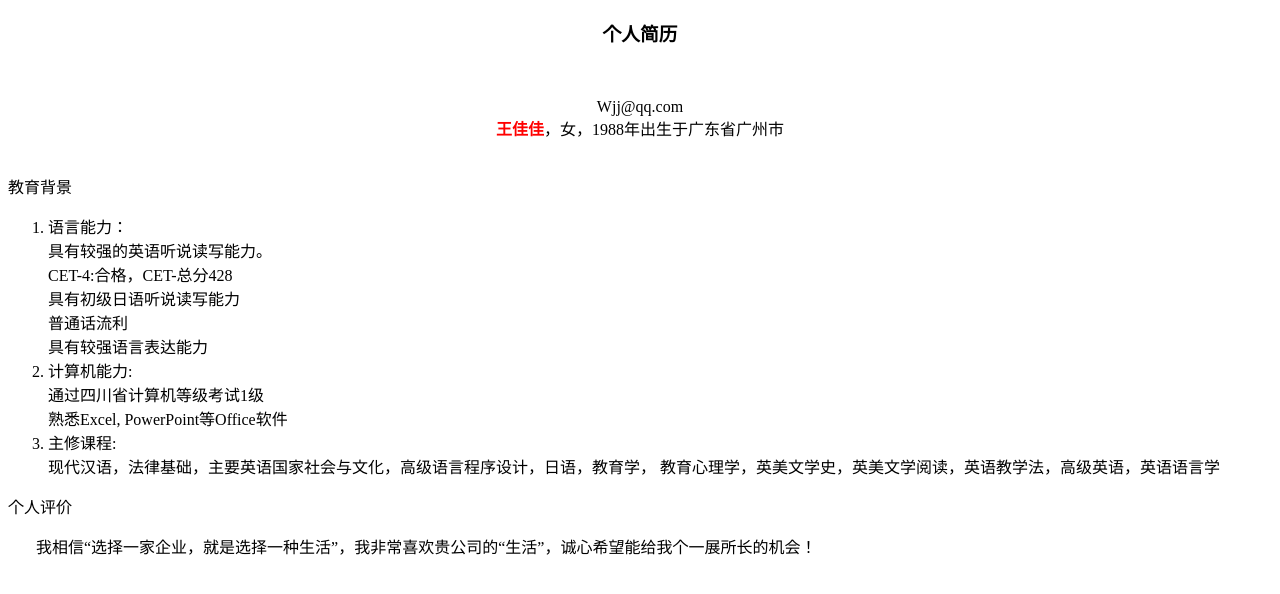
Repository: sheep9590/Test
Page: http://localhost/Prj03/
These files come from the project's save history. The page is drawn as it stood at one moment and after the next save; the edit follows.
The browser window is 1280 px wide. The pictures show the whole page.
The page is served by Tomcat 9.

Above is the page before, as saved 2021-09-02 15:40:27.

After the next save:
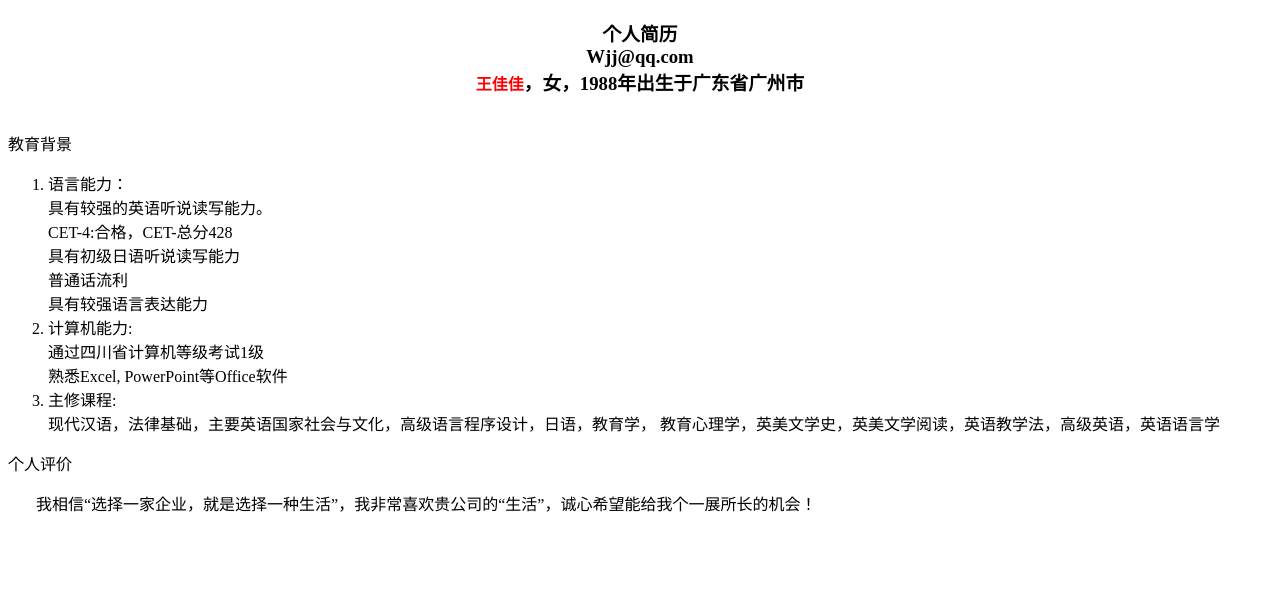
Saved 57 s later.
--- a/eclipse-workspace/Prj03/WebRoot/index.jsp
+++ b/eclipse-workspace/Prj03/WebRoot/index.jsp
@@ -7,9 +7,9 @@
 <title>我的第一个 HTML 页面</title>
 </head>
 <body>
-<h3 align="center">个人简历</h3><br>
-<p align="center">Wjj@qq.com<br>
-<font color="#FF0000" face="仿宋_GB2312" size="3"><b>王佳佳</b></font>，女，1988年出生于广东省广州市</p><br>
+<h3 align="center">个人简历<br>
+Wjj@qq.com<br>
+<font color="#FF0000" face="仿宋_GB2312" size="3"><b>王佳佳</b></font>，女，1988年出生于广东省广州市</h3><br>
 教育背景
 <ol>
 <li>语言能力：<br>具有较强的英语听说读写能力。<br>CET-4:合格，CET-总分428<br>具有初级日语听说读写能力<br>普通话流利<br>
